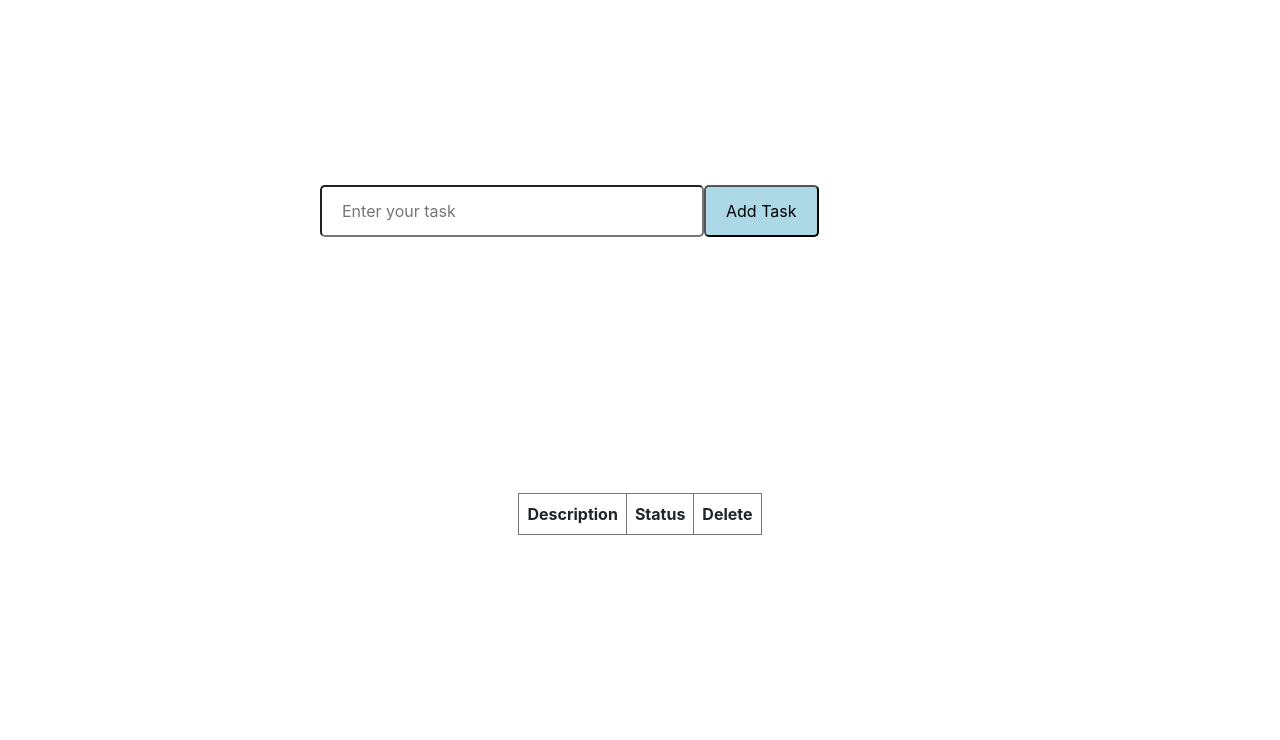
Repository: 12Arc/todoapp
Page: / (app in client/)
An editor plug-in stored every save of this project. The page is shown before and after the next save, followed by the edit.
The browser window is 1280 px wide. The pictures show the whole page.
The page's requests for data from a server got no answer. Some web libraries are served in a nearby version. The project was rebuilt for these pictures with package versions that can differ from the ones it lists, and the page was loaded fresh each time. No one was signed in, and anything a server would have sent is missing.

Above is the page before, as saved 2024-05-14 00:09:48.

After the next save:
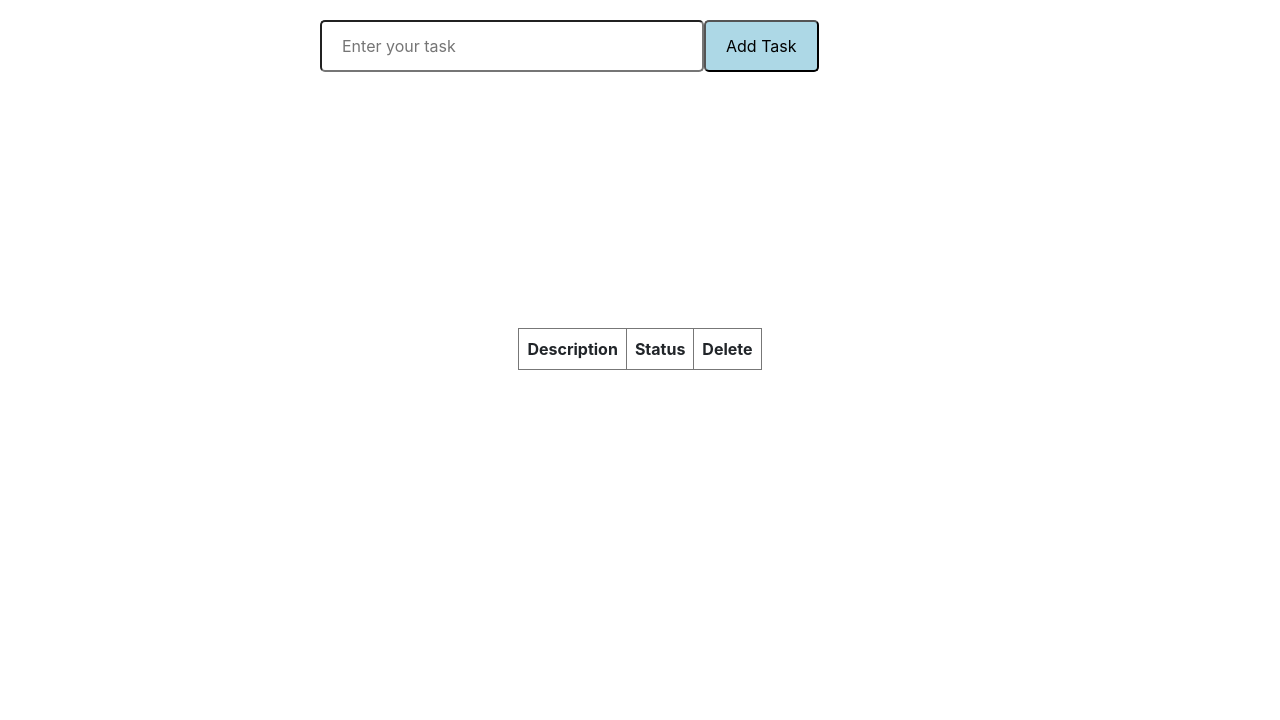
Saved 4 s later.
--- a/client/src/styles.css
+++ b/client/src/styles.css
@@ -3,7 +3,7 @@
   display: flex;
   align-items: center; /* Vertically center the content */
   justify-content: center; /* Horizontally center the content */
-  height: 100vh; /* Full viewport height */
+
   width: 100vw; /* Full viewport width */
   flex-direction: column;
   position: relative;

After the save that followed:
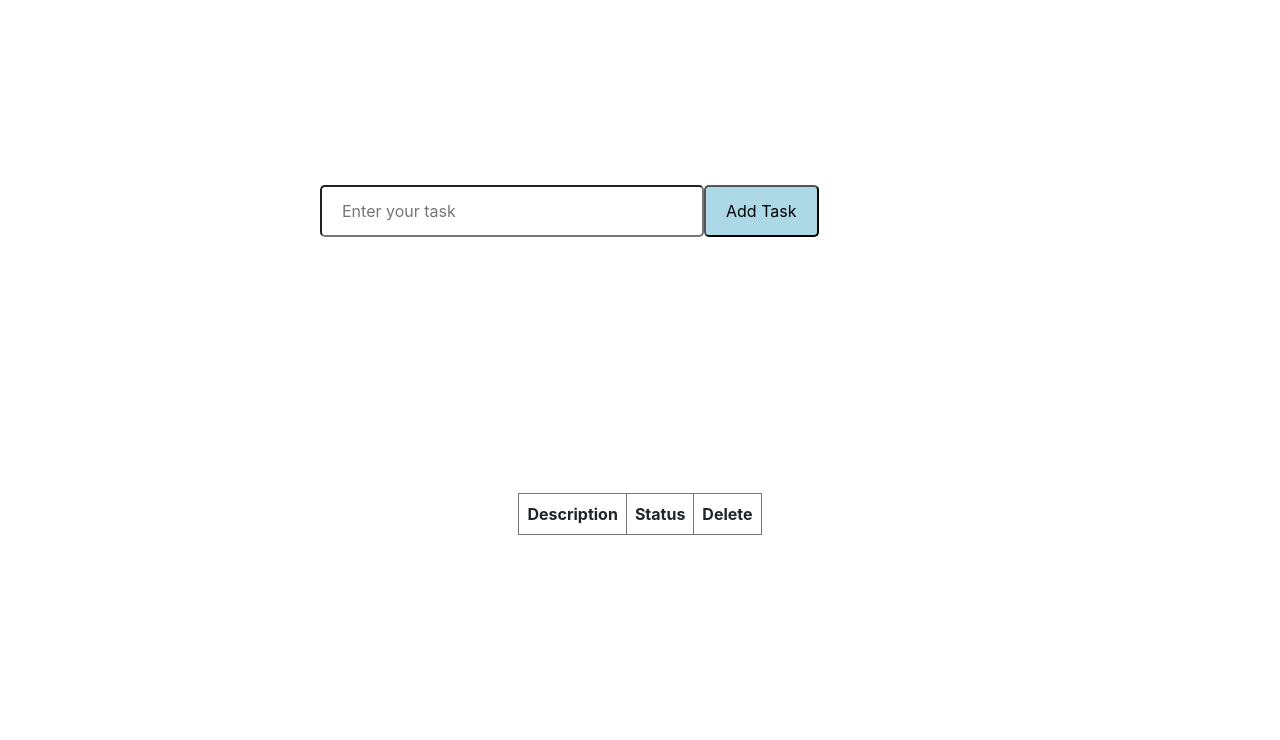
Saved 6 s later.
--- a/client/src/styles.css
+++ b/client/src/styles.css
@@ -3,7 +3,7 @@
   display: flex;
   align-items: center; /* Vertically center the content */
   justify-content: center; /* Horizontally center the content */
-
+  height: 100vh; /* Full viewport height */
   width: 100vw; /* Full viewport width */
   flex-direction: column;
   position: relative;
